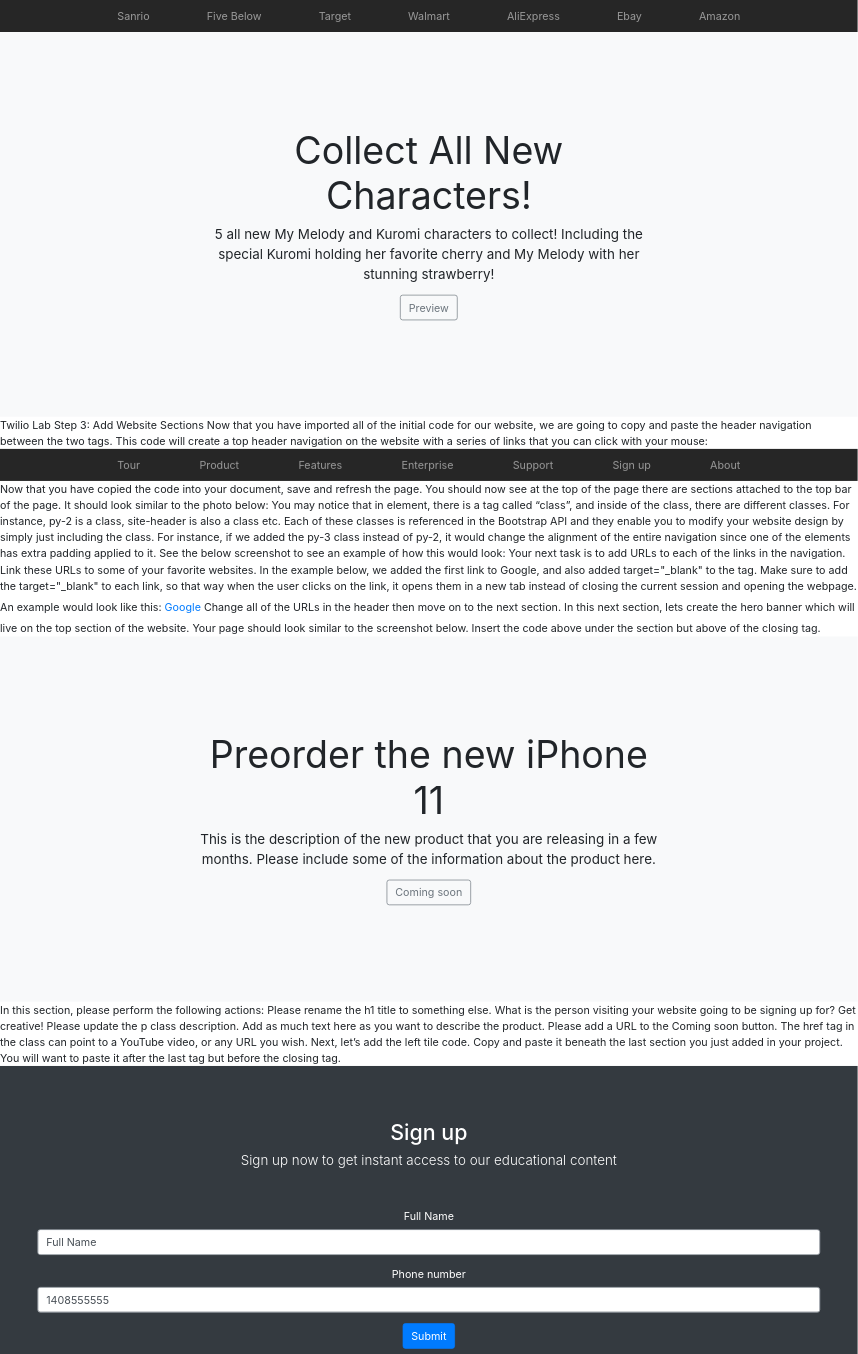
Repository: sflor132/Stephanie-Flores---Resume
Page: LearnCS8-Twilio/index.html
The author's editor kept a record of every edit. The page is drawn from the files as they stood at one moment, then again after the next edit.
The browser window is 1280 px wide. The pictures show the whole page, at 67% of full size.

Above is the page before.

### LearnCS8-Twilio/index.html
<!doctype html>
<html lang="en">
    <head>
<!-- Required meta tags -->
    <meta charset="utf-8">
    <meta name="viewport" content="width=device-width, initial-scale=1, shrink-to-fit=no">
    <meta name="description" content="New! Sanrio My Melody and Kuromi Blind Bag!">
    <meta name="author" content="862329234">

<!-- Bootstrap CSS -->
    <link rel="stylesheet" href="https://stackpath.bootstrapcdn.com/bootstrap/4.5.2/css/bootstrap.min.css" integrity="sha384-JcKb8q3iqJ61gNV9KGb8thSsNjpSL0n8PARn9HuZOnIxN0hoP+VmmDGMN5t9UJ0Z" crossorigin="anonymous">

<!-- Title of your Website -->
    <title>My Melody and Kuromi My Favorite Color Figurine Blind Bag</title>
    <link href="product.css" rel="stylesheet">
    </head>
    <body>
 <nav class="site-header sticky-top py-1">
<!-- Top Menu Bar -->
    <div class="container d-flex flex-column flex-md-row justify-content-between">
<a class="py-2 d-none d-md-inline-block" id="menu-item-1" href="https://www.sanrio.com/" target="_blank">Sanrio</a>
<a class="py-2 d-none d-md-inline-block" id="menu-item-2" href="https://www.fivebelow.com/" target="_blank">Five Below</a>
<a class="py-2 d-none d-md-inline-block" id="menu-item-3" href="https://www.target.com/?ref=tgt_adv_XS000000&AFID=google&fndsrc=tgtao&DFA=71700000012637812&CPNG=Other_Target%2BBrand%7CHoliday_Ecomm_Other&adgroup=Core+Branded+Keywords&LID=700000001170706&LNM=target&MT=e&network=g&device=c&location=9031443&targetid=kwd-19131461&gclid=CjwKCAiAlp2fBhBPEiwA2Q10D0sX5itESCcsBfUziYBOiLd9acwYX0if50r0qxtfLf_3lF_MkIZasBoClAMQAvD_BwE&gclsrc=aw.ds" target="_blank">Target</a>
<a class="py-2 d-none d-md-inline-block" id="menu-item-4" href="https://www.walmart.com/?&adid=22222222220220085369&wmlspartner=wmtlabs&wl0=e&wl1=g&wl2=c&wl3=521205638070&wl4=kwd-27665750&wl5=9031443&wl6=&wl7=&wl8=&veh=sem&gclid=CjwKCAiAlp2fBhBPEiwA2Q10D1OGuQeGEKfYCsI-Xs6Y7LBUVonzJCYbkOc5MuiOque-kUbt3iLhwxoCo7MQAvD_BwE&gclsrc=aw.ds" target="_blank">Walmart</a>
<a class="py-2 d-none d-md-inline-block" id="menu-item-5" href="https://best.aliexpress.com/?af=5bc719ad3d1c1&dp=5bc719ad3d1c1&aff_fcid=87ba963c94ab4a4a83ee74a260154144-1676171187331-09287-_AdZIyM&tt=CPS_NORMAL&aff_fsk=_AdZIyM&aff_platform=portals-promotion&sk=_AdZIyM&aff_trace_key=87ba963c94ab4a4a83ee74a260154144-1676171187331-09287-_AdZIyM&terminal_id=0928347fc537440f8bb4d05c69e2663e" target="_blank">AliExpress</a>
<a class="py-2 d-none d-md-inline-block" id="menu-item-6" href="https://www.ebay.com/">Ebay</a>
<a class="py-2 d-none d-md-inline-block" id="menu-item-7" href="https://www.amazon.com/?tag=amazusnavi-20&hvadid=381823287328&hvpos=&hvnetw=g&hvrand=10109593019199676378&hvpone=&hvptwo=&hvqmt=e&hvdev=c&hvdvcmdl=&hvlocint=&hvlocphy=9031443&hvtargid=kwd-141118230&ref=pd_sl_45vpgydmha_e&hydadcr=28883_11845442&gclid=CjwKCAiAlp2fBhBPEiwA2Q10D3d_UF0RQhgS1aEDYe2viCoxBem5WbXQs4TfQqaET11d3B3PomuZHBoCfXYQAvD_BwE" target="_blank">Amazon</a>
    </div>
</nav>
<!-- Main Header Section h1-->
<div class="position-relative overflow-hidden p-3 p-md-5 m-md-0 text-center bg-light">
    <div class="col-md-8 p-lg-5 mx-auto my-5">
<h1 class="display-4 font-weight-normal">Collect All New Characters!</h1>
<p class="lead font-weight-normal">5 all new My Melody and Kuromi characters to collect! Including the special Kuromi holding her favorite cherry and My Melody with her stunning strawberry! </p>
<a class="btn btn-outline-secondary" href="https://www.youtube.com/watch?v=onREP2cQKVI" target="_blank">Preview</a>
    </div>
</div>
Twilio Lab
Step 3: Add Website Sections
Now that you have imported all of the initial code for our website, we are going to copy and paste the header navigation between the two <body> </body> tags. This code will create a top header navigation on the website with a series of links that you can click with your mouse:

<nav class="site-header sticky-top py-1">
    <!-- Top Menu Bar -->
    <div class="container d-flex flex-column flex-md-row justify-content-between">
        <a class="py-2 d-none d-md-inline-block" id="menu-item-1" href="#">Tour</a>
        <a class="py-2 d-none d-md-inline-block" id="menu-item-2" href="#">Product</a>
        <a class="py-2 d-none d-md-inline-block" id="menu-item-3" href="#">Features</a>
        <a class="py-2 d-none d-md-inline-block" id="menu-item-4" href="#">Enterprise</a>
        <a class="py-2 d-none d-md-inline-block" id="menu-item-5" href="#">Support</a>
        <a class="py-2 d-none d-md-inline-block" id="menu-item-6" href="#">Sign up</a>
        <a class="py-2 d-none d-md-inline-block" id="menu-item-7" href="#">About</a>
    </div>
</nav>
Now that you have copied the code into your document, save and refresh the page. You should now see at the top of the page there are sections attached to the top bar of the page. It should look similar to the photo below:



You may notice that in element, there is a tag called “class”, and inside of the class, there are different classes. For instance, py-2 is a class, site-header is also a class etc. Each of these classes is referenced in the Bootstrap API and they enable you to modify your website design by simply just including the class. For instance, if we added the py-3 class instead of py-2, it would change the alignment of the entire navigation since one of the elements has extra padding applied to it. See the below screenshot to see an example of how this would look:



Your next task is to add URLs to each of the links in the navigation. Link these URLs to some of your favorite websites. In the example below, we added the first link to Google, and also added target="_blank" to the tag. Make sure to add the target="_blank" to each link, so that way when the user clicks on the link, it opens them in a new tab instead of closing the current session and opening the webpage. An example would look like this:

<a class="py-2 d-none d-md-inline-block" id="menu-item-1" href="https://google.com" target="_blank">Google</a>
Change all of the URLs in the header then move on to the next section.
In this next section, lets create the hero banner which will live on the top section of the website. Your page should look similar to the screenshot below. Insert the code above under the </nav> section but above of the closing </body> tag.

<!-- Main Header Section h1-->
<div class="position-relative overflow-hidden p-3 p-md-5 m-md-0 text-center bg-light">
    <div class="col-md-8 p-lg-5 mx-auto my-5">
        <h1 class="display-4 font-weight-normal">Preorder the new iPhone 11</h1>
        <p class="lead font-weight-normal">This is the description of the new product that you are releasing in a few months. Please include some of the information about the product here.</p>
        <a class="btn btn-outline-secondary" href="#">Coming soon</a>
    </div>
</div>


In this section, please perform the following actions:

Please rename the h1 title to something else. What is the person visiting your website going to be signing up for? Get creative!
Please update the p class description. Add as much text here as you want to describe the product.
Please add a URL to the Coming soon button. The href tag in the <a> class can point to a YouTube video, or any URL you wish.
Next, let’s add the left tile code. Copy and paste it beneath the last section you just added in your project. You will want to paste it after the last </div> tag but before the closing </body> tag.

<!-- Left Tile -->
<div class="d-md-flex flex-md-equal w-100">
    <div class="bg-dark pt-3 px-3 pt-md-5 px-md-5 text-center text-white overflow-hidden">
<div class="my-3 py-3">
<h2 class="display-5">Sign up</h2>
<p class="lead">Sign up now to get instant access to our educational content</p>
</div>
<!-- Web form when submitted will send a text message -->
<form class="p-2" onsubmit="sendTextMessage(); return false;">
<!-- Full Name Form Field -->
<div class="form-group">
<label for="example-first-name">Full Name</label>
<input type="text" value="Full Name" class="form-control" id="example-first-name" aria-describedby="emailHelp">
</div>
<!-- Phone Number Form Field -->
<div class="form-group">
<label for="example-tel-input">Phone number</label>
<input type="tel" class="form-control" value="1408555555" id="example-tel-input">
</div>
<!-- JavaScript that handles onSubmit logic -->
            <!-- Configure the XHR request below with your own credentials -->
            <script>
            function sendTextMessage() {
                console.log("Hello world!");
                var xhr = new XMLHttpRequest();
                var accountSID = "XXXXXXXXXXXXXXXX";
                var authToken = "XXXXXXXXXXXXXXXX";
                var base64encoded = accountSID + ":" + authToken;
                var params = "To=" + document.getElementById('example-tel-input').value + "&From=" + "XXXXXXXXXX" + "&Body=" + "Hello " + document.getElementById('example-first-name').value + " nice job on sending your first SMS with APIs."
                xhr.open("POST", "https://api.twilio.com/2010-04-01/Accounts/" + accountSID + "/Messages.json", true);
                xhr.setRequestHeader('Content-Type', 'application/x-www-form-urlencoded');
                xhr.setRequestHeader('Authorization', 'Basic ' + btoa(base64encoded));
                xhr.send(params);
            }
            </script>
            <!-- Submit button that will execute the sendTextMessage function -->
            <button type="submit" class="btn btn-primary">Submit</button>
        </form>
    </div>
    </body>
</html>

### LearnCS8-Twilio/product.css
.container {
  max-width: 960px;
}

/*
 * Custom translucent site header
 */

.site-header {
  background-color: rgba(0, 0, 0, .85);
  -webkit-backdrop-filter: saturate(180%) blur(20px);
  backdrop-filter: saturate(180%) blur(20px);
}
.site-header a {
  color: #999;
  transition: ease-in-out color .15s;
}
.site-header a:hover {
  color: #fff;
  text-decoration: none;
}

/*
 * Dummy devices (replace them with your own or something else entirely!)
 */

.product-device {
  position: absolute;
  right: 10%;
  bottom: -30%;
  width: 300px;
  height: 540px;
  background-color: #333;
  border-radius: 21px;
  -webkit-transform: rotate(30deg);
  transform: rotate(30deg);
}

.product-device::before {
  position: absolute;
  top: 10%;
  right: 10px;
  bottom: 10%;
  left: 10px;
  content: "";
  background-color: rgba(255, 255, 255, .1);
  border-radius: 5px;
}

.product-device-2 {
  top: -25%;
  right: auto;
  bottom: 0;
  left: 5%;
  background-color: #e5e5e5;
}


/*
 * Extra utilities
 */

.flex-equal > * {
  -ms-flex: 1;
  flex: 1;
}
@media (min-width: 768px) {
  .flex-md-equal > * {
    -ms-flex: 1;
    flex: 1;
  }
}

.overflow-hidden { overflow: hidden; }

After the next edit:
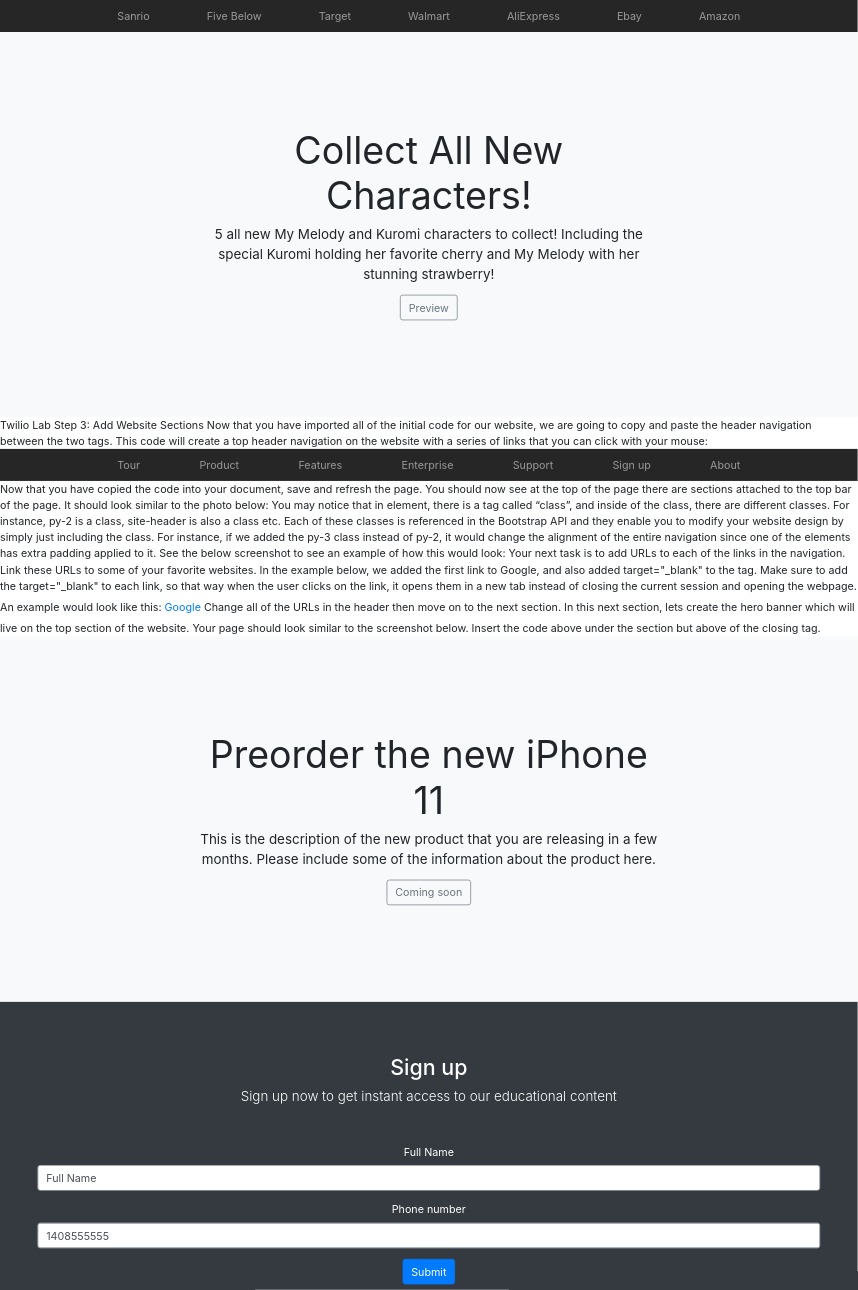
The edit:
--- a/LearnCS8-Twilio/index.html
+++ b/LearnCS8-Twilio/index.html
@@ -73,15 +73,6 @@
         <a class="btn btn-outline-secondary" href="#">Coming soon</a>
     </div>
 </div>
-
-
-In this section, please perform the following actions:
-
-Please rename the h1 title to something else. What is the person visiting your website going to be signing up for? Get creative!
-Please update the p class description. Add as much text here as you want to describe the product.
-Please add a URL to the Coming soon button. The href tag in the <a> class can point to a YouTube video, or any URL you wish.
-Next, let’s add the left tile code. Copy and paste it beneath the last section you just added in your project. You will want to paste it after the last </div> tag but before the closing </body> tag.
-
 <!-- Left Tile -->
 <div class="d-md-flex flex-md-equal w-100">
     <div class="bg-dark pt-3 px-3 pt-md-5 px-md-5 text-center text-white overflow-hidden">
